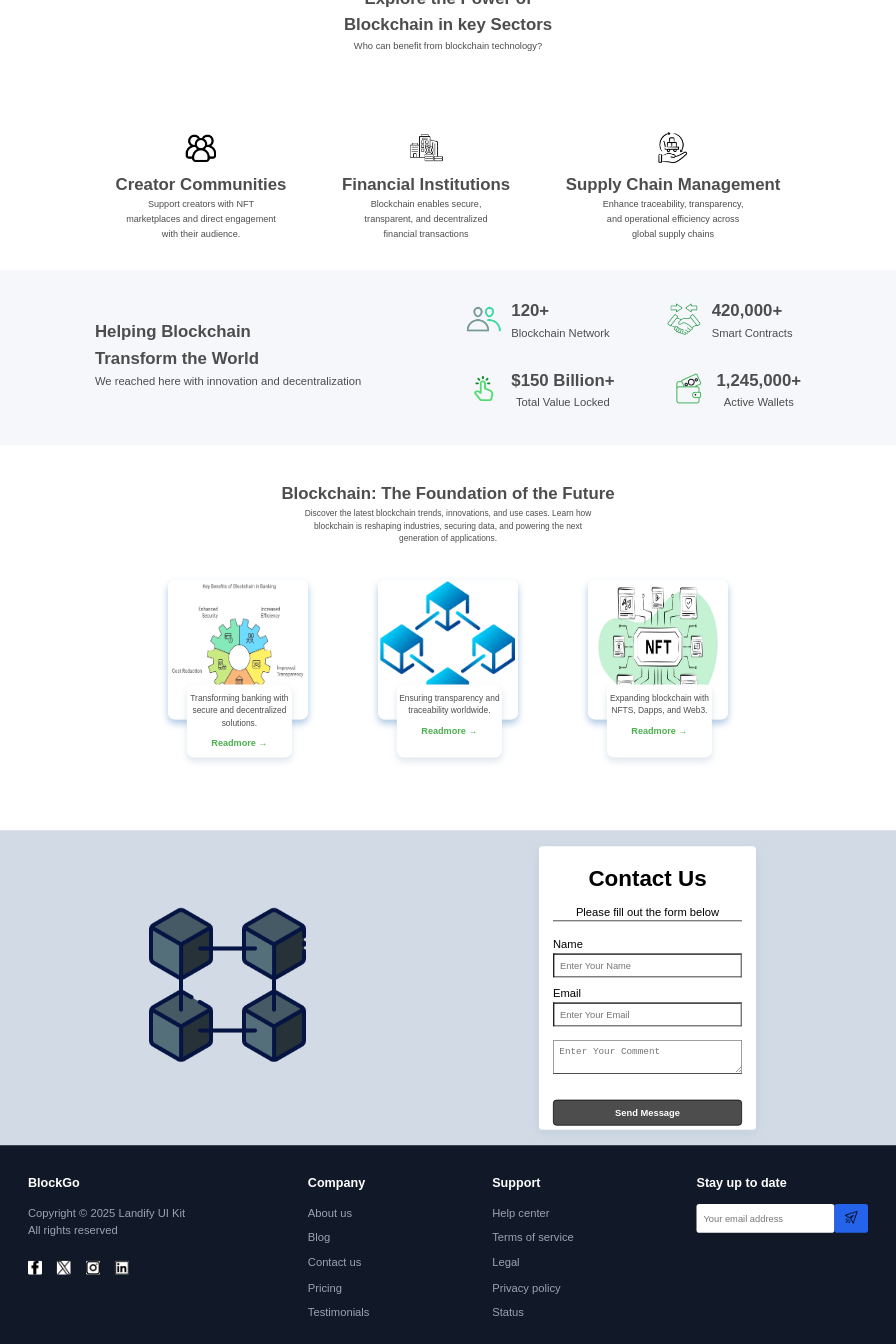
Repository: Tafsirul555/Assignment
Page: Assignment/index.html
These files come from the project's save history. The page is drawn as it stood at one moment and after a run of saves; the edit follows.
The browser window is 1280 px wide. The pictures show the part of the page from y = 850 to 2770 px (the page is 2788 px tall), at 70% of full size.

Above is the page before, as saved 2025-06-12 23:13:26.

### Assignment/index.html
<!DOCTYPE html>
<html lang="en">
<head>
    <meta charset="UTF-8">
    <meta name="viewport" content="width=device-width, initial-scale=1.0">
    <link rel="stylesheet" href="Assignment1.css">
    <title>Document</title>
</head>
<body>
    <nav class="navbar">

        <div class="logo">
            <h1>BlockGo</h1>
        </div>

        <div class="nav-link">

                    <a href="#">Home</a>
                    <a href="#">Blog</a>
                    <a href="#">Contact</a>
                    <a href="#">About</a>
        </div>
        <div class="Data">
            <a href="#" class="SignUp">Sign Up</a>
            <p>&nbsp;or&nbsp;</p>
            <a href="#" class="Login">Login</a>
        </div>
    </nav>

    <header class="Headerbar">

        <div class="Header-banner">
            <h1>Learn Center</h1>
            <p>Your hub for no-nonsense articles, videos, and how-to guides to help you get up to speed on all things crypto and blockchain</p>

            <a href="#" class="headerbutton">Learn More</a>
        </div>
         <div class="bannerpic">
            <img src="../Assignment/Pic/blockchain-20-8079799-6591924-removebg-preview.png" alt="Blockchain">
        </div>
    </header>

    <main class="mainbar">
        <div class="main-text">
        <h1>Our Clients</h1>
        <p>We have been working with some fortune 500+ clients</p>
        </div>

        <div class="main-pic">
            <img src="../Assignment/Pic/icon/block.png" alt="block.png">
            <img src="../Assignment/Pic/icon/blockchain.png" alt="blockchain.png">
            <img src="../Assignment/Pic/icon/crypto-wallet.png" alt="crypto-wallet.png">
            <img src="../Assignment/Pic/icon/currency-exchange (1).png" alt="currency-exchange (1).png">
            <img src="../Assignment/Pic/icon/currency-exchange.png" alt="currency-exchange.png">
            <img src="../Assignment/Pic/icon/secure.png" alt="secure.png">
        </div>
    </main>

    <section class="sectionbar">
        <div class="section-text">
        <h1>Explore the Power of <br>Blockchain in key Sectors</h1>

<p>Who can benefit from blockchain technology?</p>
</div>
    </section>

    <article class="articlebar">

        <div class="article-cc">
            <img src="../Assignment/Pic/icon/group (1).png" alt="group.png">
            <h1>Creator Communities</h1>
            <p>Support creators with NFT<br>marketplaces and direct engagement<br>with their audience.</p>
            </div>

       <div class="article-fi">
        <img src="../Assignment/Pic/icon/corporation.png" alt="corporation.png">
       <h1>Financial Institutions</h1>
       <p>Blockchain enables secure,<br>transparent, and decentralized<br>financial transactions</p>
        </div>

        <div class="article-scm">
            <img src="../Assignment/Pic/icon/procurement.png" alt="procurement.png">
            <h1>Supply Chain Management</h1>
            <p>Enhance traceability, transparency,<br>and operational efficiency across<br>global supply chains</p>
        </div>
    </article>

    <figure class="figurebar">

        <div class="figure-text">
            <h2>Helping Blockchain<br>Transform the World</h2>
            <p>We reached here with innovation and decentralization</p>
        </div>

        <div class="figure-box">

            <div class="figure-box1">

        <div class="figure-bn">
            <div class="figure-bn-img">
            <img src="../Assignment/Pic/icon/group.png" alt="">
            </div>
            <div class="figure-bn-text">
            <h2>120+</h2>
            <p>Blockchain Network</p>
            </div>
        </div>

        <div class="figure-sc">
            <div class="figure-sc-img">
            <img src="../Assignment/Pic/icon/mutual.png" alt="">
            </div>
            <div class="figure-sc-text">
            <h2>420,000+</h2>
            <p>Smart Contracts</p>
            </div>
        </div>
        </div>

        <div class="figure-box2">
        <div class="figure-tvl">
            <div class="figure-tvl-img">
            <img src="../Assignment/Pic/icon/tap.png" alt="">
            </div>
            <div class="figure-tvl-text">
            <h2>$150 Billion+</h2>
            <p>Total Value Locked</p>
            </div>
        </div>

        <div class="figure-aw">
            <div class="figure-aw-img">
            <img src="../Assignment/Pic/icon/wallet.png" alt="">
            </div>
            <div class="figure-aw-text">
            <h2>1,245,000+</h2>
            <p>Active Wallets</p>
            </div>
        </div>
        </div>
        </div>
    </figure>

    <aside class="BlockchainFuture">

        <div class="BlockchainFuture-text">
            <h2>Blockchain: The Foundation of the Future</h2>
            <p>Discover the latest blockchain trends, innovations, and use cases. Learn how <br>blockchain is reshaping industries, securing data, and powering the next <br>generation of applications.</p>
        </div>

    <div class="BlockchainFutureBox">

    <div class="BlockchainFuture-box1">
        <div class="img1">
            <img src="../Assignment/Pic/bank.png" alt="bank">
        </div>
        <div class="text1">
        <p>Transforming banking with<br>secure and decentralized<br>solutions.</p>
        <p class="readmore">Readmore →</p>
        </div>
    </div>

    <div class="BlockchainFuture-box2">
        <div class="img2">
            <img src="../Assignment/Pic/transparency.webp" alt="transparency">
        </div>
        <div class="text2">
        <p>Ensuring transparency and<br>traceability worldwide.</p>
        <p class="readmore">Readmore →</p>
        </div>
    </div>

    <div class="BlockchainFuture-box3">
        <div class="img3">
            <img src="../Assignment/Pic/Top-10-NFT-DApps-in-2023-01.webp" alt="NFT DApps">
        </div>
        <div class="text3">
        <p>Expanding blockchain with<br>NFTS, Dapps, and Web3.</p>
        <p class="readmore">Readmore →</p>
        </div>
    </div>

</div>

  </aside>

  <div class="Contact">

    <div class="Contact-Img">
        <img src="../Assignment/Pic/blockchain.png" alt="Blockchain">
    </div>

    <div class="Contact-Form">
        <form action="">
            <caption><h1>Contact Us</h1> <p>Please fill out the form below</p></caption>
        <form action="">

            <label for="name">Name</label>
            <input type="text" name="Name" id="name" placeholder="Enter Your Name" required> <br>

            <label for="email">Email</label>
            <input type="email" name="Email" id="email" placeholder="Enter Your Email" required> <br>

            <textarea name="Comment" id="comment" placeholder="Enter Your Comment"  required></textarea>

            <button type="submit">Send Message</button>
        </form>
    </div>
  </div>

  <footer class="footer">
  <div class="footer-container">
    <div class="footer-column1">
      <h4>BlockGo</h4>
      <p>Copyright &copy; 2025 Landify UI Kit <br> All rights reserved</p>
      <div class="footer-socials">
        <a href="#"><img src="../Assignment/Pic/icon/facebook.png " alt="Facebook"></a>
        <a href="#"><img src="../Assignment/Pic/icon/twitter.png" alt="Twitter"></a>
        <a href="#"><img src="../Assignment/Pic/icon/instagram.png" alt="Instagram"></a>
        <a href="#"><img src="../Assignment/Pic/icon/linkedin.png" alt="linkedin"></a>
      </div>
    </div>

    <div class="footer-column">
      <h4>Company</h4>
      <ul>
        <li><a href="#">About us</a></li>
        <li><a href="#">Blog</a></li>
        <li><a href="#">Contact us</a></li>
        <li><a href="#">Pricing</a></li>
        <li><a href="#">Testimonials</a></li>
      </ul>
    </div>

    <div class="footer-column">
      <h4>Support</h4>
      <ul>
        <li><a href="#">Help center</a></li>
        <li><a href="#">Terms of service</a></li>
        <li><a href="#">Legal</a></li>
        <li><a href="#">Privacy policy</a></li>
        <li><a href="#">Status</a></li>
      </ul>
    </div>

    <div class="footer-column">
      <h4>Stay up to date</h4>
      <form class="newsletter-form">
        <input type="email" placeholder="Your email address">
        <button type="submit">
            <img src="../Assignment/Pic/icon/direct.png" alt="Send Icon">
        </button>
      </form>
    </div>
  </div>
</footer>

</body>
</html>

### Assignment/Assignment1.css
*{
    margin: 0;
    padding: 0;
    box-sizing: border-box;
    text-decoration: none;
}

body{
    font-family: Arial, sans-serif;
    line-height: 1.6;
    height: 100%;
    background: rgba(255, 255, 255, 1);
}

.navbar{
    width: 100%;
    height: 9vh;
    color: #f5f5ff 0%;
    box-shadow: 0px 2.78px 5.57px 0px rgba(171, 190, 209, 0.4);
    position: fixed;
    display: flex;
    justify-content: center;
    align-items: center;
}

.navbar div,
.navbar a,
.navbar h1,
.navbar p{
    display: inline-block;
}

.navbar .nav-link a{
    color: rgba(77, 77, 77, 1);
}


.navbar div,
.navbar a,
.navbar p{
    font-size: 2vh;
}

.navbar .logo,
.navbar .nav-link{
    margin-right: 290px;
}

.navbar .logo,
.navbar .nav-link,
.navbar .data,
.navbar p{
    padding: 10px;
    text-align: center;
}

.navbar .nav-link a{
    padding-right: 3vw;
}

.SignUp,
.Login{
    background-color: rgba(203, 213, 225, 1);
    width: 9vw;
    height: 7vh;
    padding: 10px;
    border-radius: 5px;
    text-align: center;
    font-weight: bold;
    color: black;
}

.Headerbar{
    width: 100%;
    height: 400px;
    background-color: rgba(245, 247, 250, 1);
    display: flex;
    justify-content: center;
    align-items: center;
    padding: 20px;
    gap: 27vw;
    flex-wrap: wrap;
}

.Header-banner{
    display: flex;
    flex-direction: column;
    align-content: center;
    max-width: 400px;
}

.bannerpic{
    width: 150px;
    height: auto;
    object-fit: contain;
    margin-top: 70px;
    margin-right: 20px;
}

.Headerbar p,
.Headerbar h1,
.Headerbar a,
.Headerbar img,
.Header-banner,
.bannerpic{
    background-color: rgba(245, 247, 250, 1);
}

.Headerbar h1{
    margin-top: 80px;
}

.Headerbar p,
.Headerbar h1,
.Headerbar a{
    padding-bottom: 20px;
}

.Header-banner h1{
    font-weight:bold;
    font-size: 44.55px;
    line-height: 52.9px;
    letter-spacing: 0%;
    color: rgba(77, 77, 77, 1);
}

.Header-banner p{
    max-width: 100%;
    word-wrap: break-word;
    color: rgba(77, 77, 77, 1);
    text-align: left;
}

.Header-banner .headerbutton{
    background-color: rgba(203, 213, 225, 1);
    width: 103px;
    height: 50px;
    padding: 10px;
    border-radius: 5px;
}

.Header-banner a{
    color: rgba(2, 6, 23, 1);
    font-family:'Times New Roman', Times, serif;
}

@media (max-width: 550px) {
  .Headerbar {
    flex-direction: column;
    justify-content: flex-start;
    align-items: center;
    height: auto;
  }

  .Header-banner{
    align-items: center;
    text-align: center;
    order: 1;
  }

  .bannerpic {
    width: 200px;
    margin-bottom: 20px;

  }
}

.mainbar{
    width: 100%;
    height: 500px;
    display: flex;
    text-align: center;
    flex-direction: column;
}

.mainbar img{
    display: inline-block;
    width: 27.8427791595459px;
    height: auto;
    margin-left: 120px;

}

.mainbar h1{
    margin-top: 120px;
    color: rgba(77, 77, 77, 1);
}

.mainbar p{
    color: rgba(77, 77, 77, 1);
}

.mainbar p,
.mainbar img{
    margin-top: 30px;
}

@media (max-width: 550px) {
  .mainbar {
    flex-direction: column;
    justify-content: flex-start;
    align-items: center;
    height: auto;
  }

  .main-pic {
    display: inline-block;
    width: 400px;

  }
}

section{
    margin-top: -72px;
}

section h1,
section p{
    text-align: center;
    max-width: 100%;
    word-wrap: break-word;
    color: rgba(77, 77, 77, 1);
}

section p{
    font-size: smaller;
}

@media (max-width: 550px) {
  .sectionbar {
    text-align: center;
    height: auto;
    margin-top: 50px;
  }
}


.articlebar{
    width: 100%;
    height: 200px;
    display: flex;
    justify-content: space-between;
    align-items: center;
    text-align: center;
    flex-wrap: wrap;
    display: inline-block;
    margin-top: 100px;
    color: rgba(77, 77, 77, 1);
}

article img{
    width: 50px;
    height: auto;
}

.articlebar p{
    font-size: small;
}

.articlebar .article-cc,
.articlebar .article-fi,
.articlebar .article-scm{
    display: inline-block;
}

.articlebar .article-fi{
    margin-left: 75px;
    margin-right: 75px;
}

.figurebar{
    width: 100%;
    height: 250px;
    color: rgba(77, 77, 77, 1);
    background-color: rgba(245, 247, 250, 1);
    display: flex;
    justify-content: center;
    align-items: center;
    flex-wrap: wrap;
}

.figurebar .figure-text,
.figurebar .figure-bn,
.figurebar .figure-sc,
.figurebar .figure-tvl,
.figurebar .figure-aw,
.figurebar .figure-box,
.figurebar div,
.figurebar h2,
.figurebar p,
.figurebar img{
    background-color: rgba(245, 247, 250, 1);
}

.figurebar .figure-box img {
    width: 50px;
}

.figure-bn .figure-bn-img,
.figure-bn .figure-bn-text{
    display: inline-block;
}

.figure-sc .figure-sc-img,
.figure-sc .figure-sc-text{
    display: inline-block;
}
.figure-tvl .figure-tvl-img,
.figure-tvl .figure-tvl-text{
    display: inline-block;
}

.figure-aw .figure-aw-img,
.figure-aw .figure-aw-text{
    display: inline-block;
}

.figure-box1 .figure-bn,
.figure-box1 .figure-sc{
    display: inline-block;
}
.figure-box2 .figure-tvl,
.figure-box2 .figure-aw{
    display: inline-block;
}

.figurebar .figure-text{
    margin-right: 150px;
}

.figurebar .figure-bn,
.figure-box .figure-tvl{
    padding-right: 6vw;
}

.figurebar .figure-box1{
    margin-bottom: 2vw;
}

.figurebar img{
    margin-right: 10px;
}

@media (max-width: 550px) {
  .figurebar {
    flex-direction: column;
    display: flex;
    align-items: center;
    justify-content: center;
    align-items: center;
    height: auto;
  }

  .figure-text,
  .figure-box{
    margin-left: 80px;
    margin-top: 50px;
  }

  .figure-text {
    text-align: center;
  }

  .figure-box {
    display: flex;
    justify-content: center;
    display: inline-block;
    width: 400px;

  }

  .figurebar .figure-text,
.figurebar .figure-bn,
.figurebar .figure-sc,
.figurebar .figure-tvl,
.figurebar .figure-aw,
.figurebar .figure-box,
.figurebar div,
.figurebar h2,
.figurebar p,
.figurebar img{
    background-color: rgba(245, 247, 250, 1);
}
}

.BlockchainFuture {
    width: 100%;
    height: auto;
    color: rgba(77, 77, 77, 1);
    padding: 50px 0;
    position: relative;
}

.BlockchainFuture-text {
    margin-bottom: 50px;
    text-align: center;
}

.BlockchainFuture .BlockchainFuture-text p{
    font-size: 12px;
    line-height: 1.5;
}

.BlockchainFutureBox {
    display: flex;
    justify-content: center;
    flex-wrap: wrap;
}

.BlockchainFuture-box1,
.BlockchainFuture-box2,
.BlockchainFuture-box3 {
    width: 300px;
    text-align: center;
    max-width: 400px;

}

.BlockchainFutureBox img {
    width: 200px;
    height: 200px;
    box-shadow: 0px 5.57px 11.14px 0px rgba(51, 118, 186, 0.4);
    border-radius: 10px;
}

.BlockchainFutureBox p {
    font-size: 14px;
    margin: 10px 0;
}

.BlockchainFuture-box1 .text1,
.BlockchainFuture-box2 .text2,
.BlockchainFuture-box3 .text3{
    width: 150px;
    box-shadow: 0px 5.57px 11.14px 0px rgba(171, 190, 209, 0.4);
    border-radius: 10px;
    margin-left: 77px;
    position: absolute;
    background-color: white;
    top: 76%;
    max-width: 200px;
}

.BlockchainFuture-box1 .text1 p,
.BlockchainFuture-box2 .text2 p,
.BlockchainFuture-box3 .text3 p{
    font-size: 12px;
    line-height: 1.5;
    display: block;
}

.BlockchainFuture-box1 .text1 .readmore,
.BlockchainFuture-box2 .text2 .readmore,
.BlockchainFuture-box3 .text3 .readmore{
    font-weight: bold;
    font-size: 13px;
    color: rgba(76, 175, 79, 1);

}

.BlockchainFuture-box2 .text2 ,
.BlockchainFuture-box3 .text3{
    height: 103.5px;
}

.BlockchainFuture-box1 .img1,
.BlockchainFuture-box2 .img2,
.BlockchainFuture-box3 .img3{
    pointer-events: none;
    display: block;
}

.BlockchainFutureBox .BlockchainFuture-box1 :hover{
    background-color: rgba(204, 193, 193, 0.98);
}

.BlockchainFutureBox .BlockchainFuture-box2 :hover{
    background-color: rgba(204, 193, 193, 0.98);
}

.BlockchainFutureBox .BlockchainFuture-box3 :hover{
    background-color: rgba(204, 193, 193, 0.98);
}

.BlockchainFuture-box1,


@media (max-width: 480px) {

    .BlockchainFuture-box {
        flex-direction: column;
        justify-content: flex-start;
        align-items: center;
        height: auto;
    }

    .BlockchainFuture-box1,
    .BlockchainFuture-box2,
    .BlockchainFuture-box3 {
        width: 100%;
        margin-bottom: 100px;
        text-align: center;
        align-items: center;
    }

    .BlockchainFuture-box2 {
        order: 1;
    }

    .BlockchainFuture-box3 {
        order: 2;
    }

    /* Remove flex properties from inner non-flex items if unnecessary */
    .BlockchainFuture-box2 .text2,
    .BlockchainFuture-box3 .text3 {
        text-align: center;
    }
}


.Contact{
    width: 100%;
    height: 450px;
    display: flex;
    justify-content: space-between;
    align-items: center;
    background-color: rgba(203, 213, 225, 0.85);
    margin-top: 100px;
}

.Contact img{
    width: 250px;
    height: auto;
    margin-left: 200px;
}

.Contact-Form{
    background-color: white;
    box-shadow: 0 5px 15px rgba(171, 190, 209, 0.4);
    color: black;
    width: 310px;
    height: 90%;
    padding: 20px;
    border-radius: 5px;
    position: relative;
    margin-right: 200px;
}

.Contact h1,p{
    text-align: center;
    margin-bottom: 10px;
}

.Contact input,
.Contact textarea{
    margin-bottom: 6px;
    padding: 3px;
    border-bottom: 1px solid black;
}

.Contact p{
    border-bottom: 1px solid black;
    margin-bottom: 20px;
}

.Contact button{
    padding: 10px;
    /* background-color: rgba(205, 25, 25, 0.765); */
    margin-top: 8px;
    border-radius: 5px;
    border: 1px solid black;
    width: 100%;
    text-align: center;
    display: block;
    margin: 20px auto 0;
    background-color: rgba(77, 77, 77, 1);
    color: white;
    font-weight: bold;
    cursor: pointer;
}

.Contact button:hover{
    /* background-color: rgb(104, 4, 4); */
    color: black;
    border: none;
    background-color: rgba(164, 153, 153, 0.929);
}

.Contact input[type="text"],
.Contact input[type="email"],
.Contact textarea[name="Comment"]{
    width: 100%;
    padding: 8px;
    margin-bottom: 10px;
}

.Contact textarea[name="Comment"]{
    margin-top: 10px;
}

@media (max-width: 450px) {

    .Contact {
        flex-direction: column;
        width: 100%;
        height: 500px;
    }

    .Contact-Img{
    width: 150px;
    height: auto;
}

 .Contact-Img img{
    width: 100px;
    height: auto;
    margin-left: 0px;
}

.Contact-Form{
    background-color: white;
    box-shadow: 0 5px 15px rgba(171, 190, 209, 0.4);
    color: black;
    width: 310px;
    height: 80%;
    padding: 20px;
    border-radius: 5px;
    position: relative;
    margin-left: 200px;
    margin-bottom: 10000px;
}

.Contact h1{
    text-align: center;
    margin-bottom: 10px;
    font-size: 20px;
}

.Contact p{
    text-align: center;
    font-size: 15px;
    border-bottom: 1px solid black;
}


.Contact input,
.Contact textarea{
    margin-bottom: 6px;
    padding: 3px;
    border-bottom: 1px solid black;
}

.Contact button{
    padding: 10px;
    /* background-color: rgba(205, 25, 25, 0.765); */
    border-radius: 5px;
    border: 1px solid black;
    width: 100%;
    text-align: center;
    display: block;
    background-color: rgba(77, 77, 77, 1);
    color: white;
    font-weight: bold;
    cursor: pointer;
    margin-top: -10px;
}

.Contact button:hover{
    /* background-color: rgb(104, 4, 4); */
    color: black;
    border: none;
    background-color: rgba(164, 153, 153, 0.929);
}

.Contact input[type="text"],
.Contact input[type="email"],
.Contact textarea[name="Comment"]{
    width: 90%;
    padding: 8px;
    margin-bottom: 10px;
}

.Contact textarea[name="Comment"]{
    margin-top: 10px;
}
    }


.footer {
    background-color: #111827;
    color: white;
    padding: 40px 20px;
}

.footer-container {
    max-width: 1200px;
    margin: auto;
    display: flex;
    flex-wrap: wrap;
    justify-content: space-between;
}

.footer-column {
    margin-left: 50px;
}

.footer-column1 h4 {
    font-size: 18px;
    margin-bottom: 15px;
    color: #ffffff;
}
.footer-column1 img {
    background-color: white;
    border-radius: 2px;
    margin-top: 20px;
}
.footer-column1 p {
    text-align: left;
}

.footer-column h4,
.footer-column h3 {
    font-size: 18px;
    margin-bottom: 15px;
    color: #ffffff;
}

.footer-column ul {
    list-style: none;
    padding: 0;
}

.footer-column ul li {
    margin-bottom: 10px;
}

.footer-column ul li a {
    color: #9ca3af;
    transition: color 0.3s;
}
.footer-column1 {
    color: #9ca3af;
    transition: color 0.3s;
}

.footer-column ul li a:hover {
    color: white;
}

.footer-socials a img {
    width: 20px;
    margin-right: 17px;

}



.newsletter-form {
    display: flex;
}

.newsletter-form input[type="email"] {
    padding: 10px;
    border: none;
    border-radius: 4px;
}

.newsletter-form button {
    padding: 10px 15px;
    background-color: #2563eb;
    color: white;
    border: none;
    border-radius: 4px;
    font-weight: bold;
}

.newsletter-form button img{
    width: 18px;
}

.newsletter-form button:hover {
    background-color: #1d4ed8;
}

@media (max-width: 768px) {

    .footer{
        margin-top: 50px;
    }
    .footer-container {
        flex-direction: column;
        align-items: flex-start;
    }
}

After the next 8 saves:
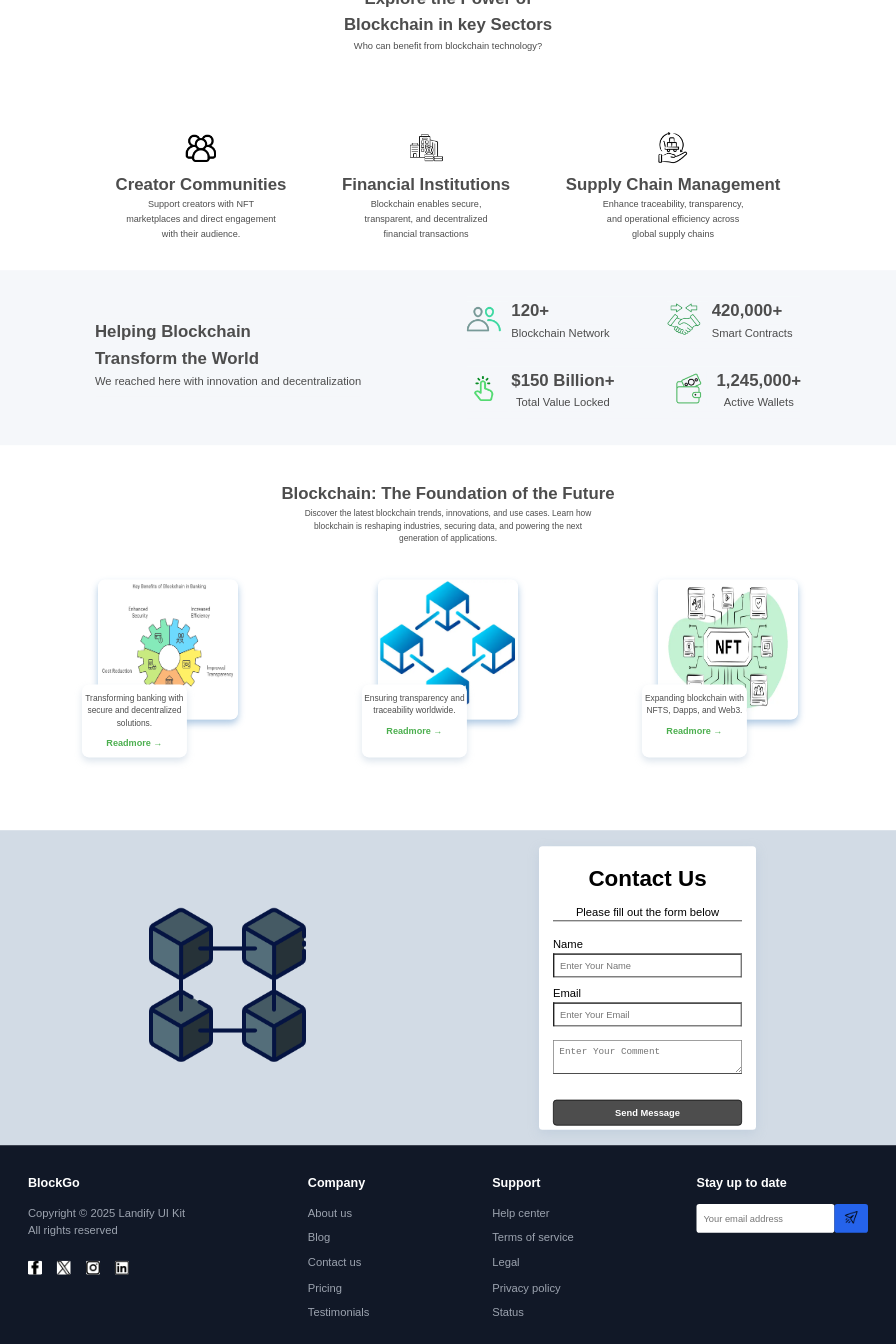
The 8 saves are shown as one change because they came seconds apart.
The last was saved 27 s later.
--- a/Assignment/Assignment1.css
+++ b/Assignment/Assignment1.css
@@ -483,7 +483,10 @@ article img{
 }
 
 .BlockchainFuture-box1,
-
+.BlockchainFuture-box2,
+.BlockchainFuture-box3{
+    flex: 1;
+}
 
 @media (max-width: 480px) {
 
